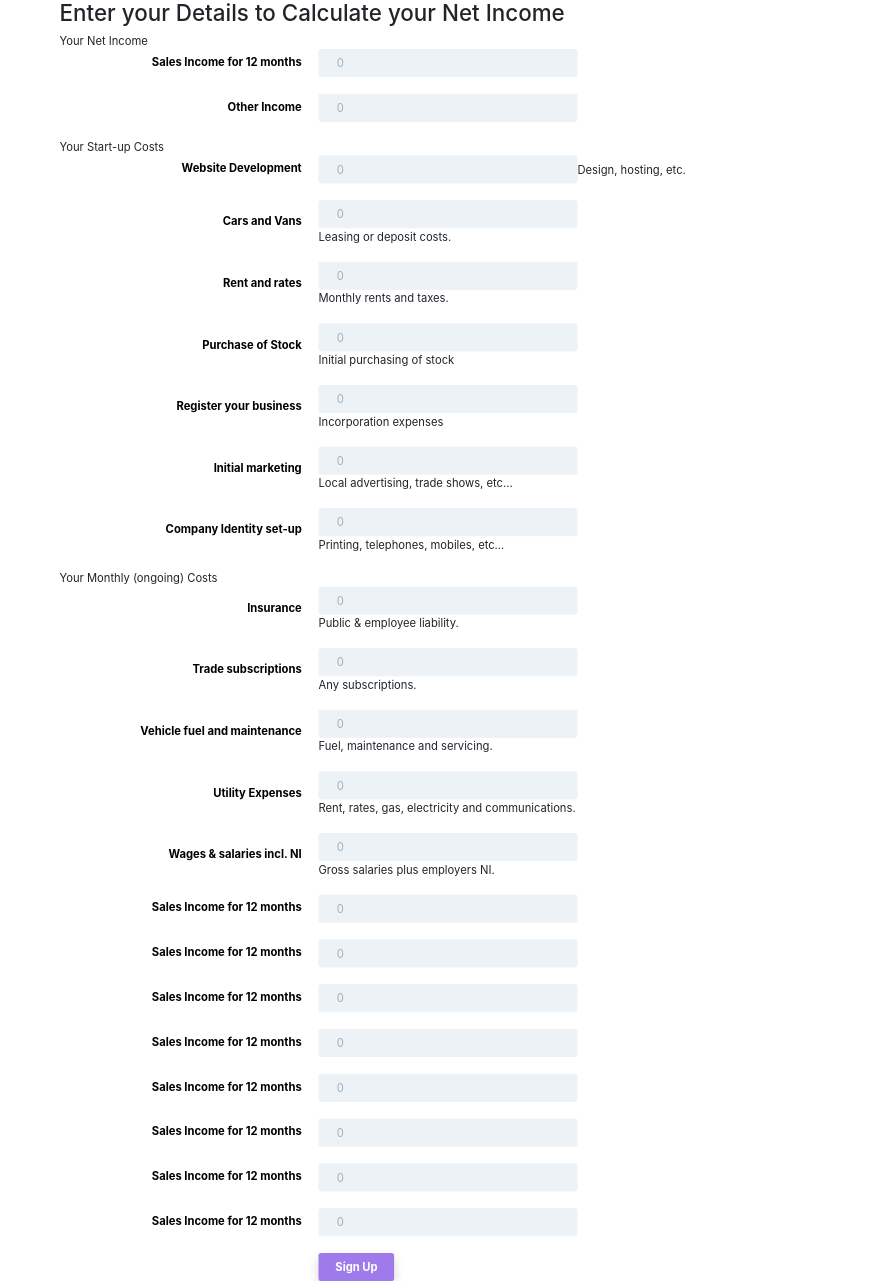
Repository: latenightsnacc/Financial-Forecast
Page: financial-forecast.html
These files come from the project's save history. The page is drawn as it stood at one moment and after the next save; the edit follows.
The browser window is 1280 px wide. The pictures show the whole page, at 70% of full size.

Above is the page before, as saved 2020-11-15 13:47:21.

After the next save:
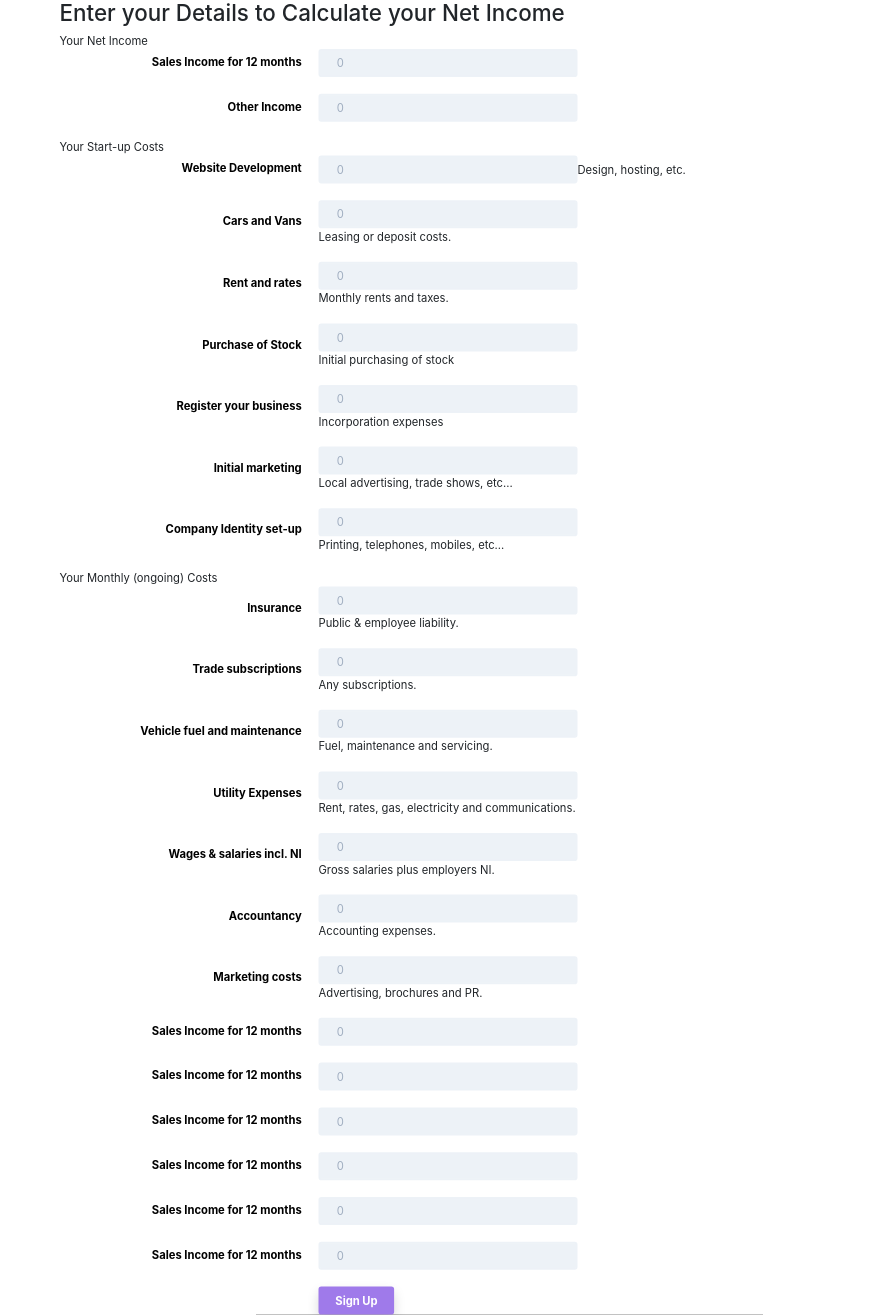
Saved 2 min 53 s later.
--- a/financial-forecast.html
+++ b/financial-forecast.html
@@ -205,22 +205,24 @@
                 <div class="md:flex md:items-center mb-6">
                     <div class="md:w-1/3">
                         <label class="block text-black font-bold md:text-right mb-1 md:mb-0 pr-4" for="inline-full-name" placeholder="0">
-                            Sales Income for 12 months
-                        </label>
-                    </div>
-                    <div class="md:w-1/3">
-                        <input class="bg-gray-200 appearance-none border-2 border-gray-200 rounded w-full py-2 px-4 text-gray-700 leading-tight focus:outline-none focus:bg-white focus:border-grey-500" id="inline-full-name" type="text" placeholder="0">
-                    </div>
-                </div>
-                <!--Website Development-->
-                <div class="md:flex md:items-center mb-6">
-                    <div class="md:w-1/3">
-                        <label class="block text-black font-bold md:text-right mb-1 md:mb-0 pr-4" for="inline-full-name" placeholder="0">
-                            Sales Income for 12 months
-                        </label>
-                    </div>
-                    <div class="md:w-1/3">
-                        <input class="bg-gray-200 appearance-none border-2 border-gray-200 rounded w-full py-2 px-4 text-gray-700 leading-tight focus:outline-none focus:bg-white focus:border-grey-500" id="inline-full-name" type="text" placeholder="0">
+                            Accountancy
+                        </label>
+                    </div>
+                    <div class="md:w-1/3">
+                        <input class="bg-gray-200 appearance-none border-2 border-gray-200 rounded w-full py-2 px-4 text-gray-700 leading-tight focus:outline-none focus:bg-white focus:border-grey-500" id="inline-full-name" type="text" placeholder="0">
+                        <span class="eg">Accounting expenses.</span>
+                    </div>
+                </div>
+                <!--Website Development-->
+                <div class="md:flex md:items-center mb-6">
+                    <div class="md:w-1/3">
+                        <label class="block text-black font-bold md:text-right mb-1 md:mb-0 pr-4" for="inline-full-name" placeholder="0">
+                           Marketing costs
+                        </label>
+                    </div>
+                    <div class="md:w-1/3">
+                        <input class="bg-gray-200 appearance-none border-2 border-gray-200 rounded w-full py-2 px-4 text-gray-700 leading-tight focus:outline-none focus:bg-white focus:border-grey-500" id="inline-full-name" type="text" placeholder="0">
+                        <span class="eg">Advertising, brochures and PR.</span>
                     </div>
                 </div>
                 <!--Website Development-->
